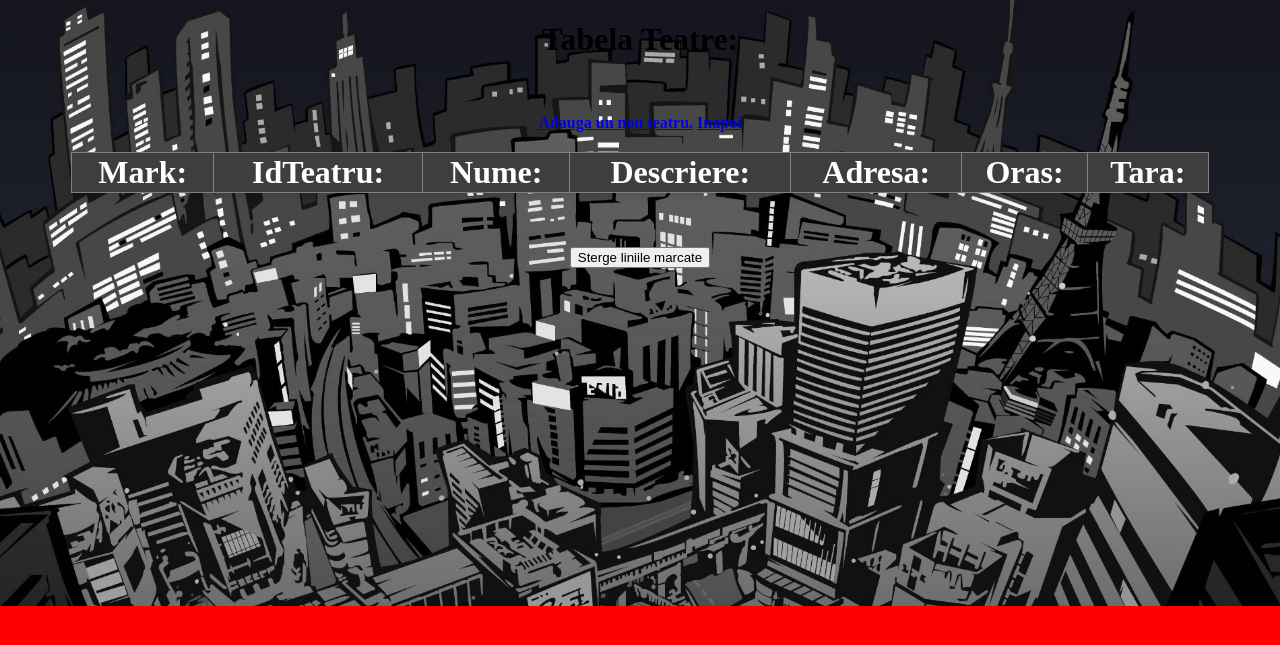
Repository: SusStefan/ActorDB
Page: http://localhost/Actori/tabela_teatre.jsp
These files come from the project's save history. The page is drawn as it stood at one moment and after the next save; the edit follows.
The browser window is 1280 px wide. The pictures show the whole page.
The page is served by Tomcat 9. Queries for data that is not in the repository find no rows.

Above is the page before, as saved 2025-12-15 22:59:50.

### Actori/src/main/webapp/tabela_teatre.jsp
<%@ page language="java" contentType="text/html; charset=UTF-8" pageEncoding="UTF-8"%>
<%@ page language="java" import="java.lang.*,java.math.*,db.*,java.sql.*, java.io.*, java.util.*"%>
<!DOCTYPE html PUBLIC "-//W3C//DTD HTML 4.01 Transitional//EN" "http://www.w3.org/TR/html4/loose.dtd">
<html>
 <head>
 <meta http-equiv="Content-Type" content="text/html; charset=UTF-8">
 <title>Tabela Teatre</title>
  <link rel="stylesheet" href="persona.css">
 </head>
 <jsp:useBean id="jb" scope="session" class="db.JavaBean" />
 <jsp:setProperty name="jb" property="*" />
 <body>
 <h1 align="center"> Tabela Teatre:</h1>
 <br/>
 <p align="center"><a href="adauga_teatru.jsp"><b>Adauga un nou teatru.</b></a> <a
href="index.html"><b>Inapoi</b></a></p>
 <form action="sterge_Pacient.jsp" method="post">
 <table border="1" align="center">
 <tr>
 <td><b>Mark:</b></td>
 <td><b>IdTeatru:</b></td>
 <td><b>Nume:</b></td>
 <td><b>Descriere:</b></td>
 <td><b>Adresa:</b></td>
 <td><b>Oras:</b></td>
 <td><b>Tara:</b></td>
 </tr>
 <%
 jb.connect();
 ResultSet rs = jb.vedeTeatre();
 long x;
 while (rs.next()) {
 x = rs.getInt("idteatru");
 %>
 <tr>
 <td><input type="checkbox" name="primarykey" value="<%= x%>" /></td><td><%= x%></td>
 <td><%= rs.getString("nume")%></td>
 <td><%= rs.getString("descriere")%></td>
 <td><%= rs.getString("adresa")%></td>
  <td><%= rs.getString("oras")%></td>
  <td><%= rs.getString("tara")%></td>
 <%
 }
 %>
 </tr>
 </table><br/>
 <p align="center">
 <input type="submit" value="Sterge liniile marcate">
 </p>
 </form>
 <%
 rs.close();
 jb.disconnect();
 %>
 <style>
body{
 background-image: url('assets/bg.jpg');
 background-size:cover;
 background-position: bottom bottom;
 background-repeat:no-repeat;
 }
 </style>
 </body>
</html>

### Actori/src/main/java/db/JavaBean.java
/*
 * Curs3_Eclipse - Valentin Pupezescu
 */
package db;
import java.math.BigDecimal;
import java.sql.*;
/**
 *
 * @author vali
 */
public class JavaBean {
	String error;
	Connection con;
	public JavaBean() {
	}
	public void connect() throws ClassNotFoundException, SQLException, Exception {
		try {
			Class.forName("com.mysql.cj.jdbc.Driver");
			con = DriverManager.getConnection("jdbc:mysql://localhost:3306/actori?useSSL=false", "root", "2005");
		} catch (ClassNotFoundException cnfe) {
			error = "ClassNotFoundException: Nu s-a gasit driverul bazei de date.";
			throw new ClassNotFoundException(error);
		} catch (SQLException cnfe) {
			error = "SQLException: Nu se poate conecta la baza de date.";
			throw new SQLException(error);
		} catch (Exception e) {
			error = "Exception: A aparut o exceptie neprevazuta in timp ce se stabilea legatura la baza de date.";
			throw new Exception(error);
		}
	} // connect()
	public void disconnect() throws SQLException {
		try {
			if (con != null) {
				con.close();
			}
		} catch (SQLException sqle) {
			error = ("SQLException: Nu se poate inchide conexiunea la baza de date.");
			throw new SQLException(error);
		}
	} // disconnect()
	public void adaugaOras(String Nume, String Tara)
			throws SQLException, Exception {
		if (con != null) {
			try {
				// creaza un "prepared SQL statement"
				Statement stmt;
				stmt = con.createStatement();
				stmt.executeUpdate("insert into orase(nume,tara) values('" +Nume
		+ "' , '" + Tara + "');");
			} catch (SQLException sqle) {
				error = "ExceptieSQL: Reactualizare nereusita; este posibil sa existe duplicate.";
				throw new SQLException(error);
			}
		} else {
			error = "Exceptie: Conexiunea cu baza de date a fost pierduta.";
			throw new Exception(error);
		}
	} // end of adaugaPacient()

	public void adaugateatru(String Nume, String Descriere, String Adresa, long Oras)
			throws SQLException, Exception {
		if (con != null) {
			try {
				// creaza un "prepared SQL statement"
				Statement stmt;
				stmt = con.createStatement();
				stmt.executeUpdate("insert into teatre(nume,descriere,adresa,idoras) values('" + Nume +
						"' , '" + Descriere + "', '" + Adresa + "', '" + Oras + "');");
			} catch (SQLException sqle) {
				error = "ExceptieSQL: Reactualizare nereusita; este posibil sa existe duplicate.";
				throw new SQLException(error);
			}
		} else {
			error = "Exceptie: Conexiunea cu baza de date a fost pierduta.";
			throw new Exception(error);
		}
	}

			public void adaugaactori(String Nume, String Prenume, String Rol, String Piesa, double Salariu, long Teatre)
					throws SQLException, Exception {
				if (con != null) {
					try {
						Statement stmt;
						stmt = con.createStatement();
						stmt.executeUpdate("insert into actori(nume,prenume,rol,piesa,salariu,idteatru) values('" + Nume +
								"' , '" + Prenume + "', '" + Rol + "', '" + Piesa + "', '" + Salariu + "', '" + Teatre
								+ "');");
					} catch (SQLException sqle) {
						error = "ExceptieSQL: Reactualizare nereusita; este posibil sa existe duplicate.";
						throw new SQLException(error);
					}
				} else {
					error = "Exceptie: Conexiunea cu baza de date a fost pierduta.";
					throw new Exception(error);
				}
			}

	public ResultSet vedeOrase() throws SQLException, Exception {
	    ResultSet rs = null;
	    try {
	        // Simple query to select the ID and Name of all cities
	        String queryString = "SELECT idoras, nume FROM orase ORDER BY nume";
	        Statement stmt = con.createStatement();
	        rs = stmt.executeQuery(queryString);
	    } catch (SQLException sqle) {
	        error = "SQLException: Interogarea oraselor nu a fost posibila.";
	        throw new SQLException(error);
	    } catch (Exception e) {
	        error = "A aparut o exceptie in timp ce se extrageau orasele.";
	        throw new Exception(error);
	    }
	    return rs;
	}

	public ResultSet vedeTabela(String tabel) throws SQLException, Exception {
		ResultSet rs = null;
		try {
			String queryString = ("select * from `actori`.`" + tabel + "`;");
			Statement stmt = con.createStatement(/*ResultSet.TYPE_SCROLL_INSENSITIVE,
ResultSet.CONCUR_READ_ONLY*/);
			rs = stmt.executeQuery(queryString);
		} catch (SQLException sqle) {
			error = "SQLException: Interogarea nu a fost posibila.";
			throw new SQLException(error);
		} catch (Exception e) {
			error = "A aparut o exceptie in timp ce se extrageau datele.";
			throw new Exception(error);
		}
		return rs;
	} // vedeTabela()
	public ResultSet vedeTeatre() throws SQLException, Exception {
		ResultSet rs = null;
		try {
			String queryString = ("select t.idteatru as idteatru"
					+ ",t.nume as nume,"
					+ "t.descriere as descriere,"
					+ "t.adresa as adresa,o.nume as oras,o.tara as tara from teatre t inner join orase o using(idoras)");
		    Statement stmt = con.createStatement(/*ResultSet.TYPE_SCROLL_INSENSITIVE,
ResultSet.CONCUR_READ_ONLY*/);
			rs = stmt.executeQuery(queryString);
		} catch (SQLException sqle) {
			error = "SQLException: Interogarea nu a fost posibila.";
			throw new SQLException(error);
		} catch (Exception e) {
			error = "A aparut o exceptie in timp ce se extrageau datele.";
			throw new Exception(error);
		}
		return rs;
	} // vedeConsultatie()

	public ResultSet vedeActori() throws SQLException, Exception {
		ResultSet rs = null;
		try {
			String queryString = ("SELECT a.idactor AS idactor, " +
			           "a.nume AS nume, " +
			           "a.prenume AS prenume, " +
			           "a.rol AS rol, " +
			           "a.piesa AS piesa, " +
			           "a.salariu AS salariu, " +
			           "t.nume AS teatru, " +
			           "t.adresa AS adresa, " +
			           "o.nume AS oras, " +
			           "o.tara AS tara " +
			    "FROM actori a, teatre t, orase o " +
			    "WHERE a.idteatru = t.idteatru AND t.idoras = o.idoras" // Correct join conditions
			);
		    Statement stmt = con.createStatement(/*ResultSet.TYPE_SCROLL_INSENSITIVE,
ResultSet.CONCUR_READ_ONLY*/);
			rs = stmt.executeQuery(queryString);
		} catch (SQLException sqle) {
			error = "SQLException: Interogarea nu a fost posibila.";
			throw new SQLException(error);
		} catch (Exception e) {
			error = "A aparut o exceptie in timp ce se extrageau datele.";
			throw new Exception(error);
		}
		return rs;
	}

	public void stergeDateTabela(String[] primaryKeys, String tabela, String dupaID) throws
	SQLException, Exception {
		if (con != null) {
			try {
				// creaza un "prepared SQL statement"
				long aux;
				PreparedStatement delete;
				delete = con.prepareStatement("DELETE FROM " + tabela + " WHERE " + dupaID + "=?;");
				for (int i = 0; i < primaryKeys.length; i++) {
					aux = java.lang.Long.parseLong(primaryKeys[i]);
					delete.setLong(1, aux);
					delete.execute();
				}
			} catch (SQLException sqle) {
				error = "ExceptieSQL: Reactualizare nereusita; este posibil sa existe duplicate.";
				throw new SQLException(error);
			} catch (Exception e) {
				error = "A aparut o exceptie in timp ce erau sterse inregistrarile.";
				throw new Exception(error);
			}
		} else {
			error = "Exceptie: Conexiunea cu baza de date a fost pierduta.";
			throw new Exception(error);
		}
	} // end of stergeDateTabela()
	public void stergeTabela(String tabela) throws SQLException, Exception {
		if (con != null) {
			try {
				// creaza un "prepared SQL statement"
				Statement stmt;
				stmt = con.createStatement();
				stmt.executeUpdate("delete from " + tabela + ";");
			} catch (SQLException sqle) {
				error = "ExceptieSQL: Stergere nereusita; este posibil sa existe duplicate.";
				throw new SQLException(error);
			}
		} else {
			error = "Exceptie: Conexiunea cu baza de date a fost pierduta.";
			throw new Exception(error);
		}
	} // end of stergeTabela()
	public void modificaTabela(String tabela, String IDTabela, int ID, String[] campuri, String[]
			valori) throws SQLException, Exception {
		String update = "update " + tabela + " set ";
		String temp = "";
		if (con != null) {
			try {
				for (int i = 0; i < campuri.length; i++) {
					if (i != (campuri.length - 1)) {
						temp = temp + campuri[i] + "='" + valori[i] + "', ";
					} else {
						temp = temp + campuri[i] + "='" + valori[i] + "' where " + IDTabela + "= '" + ID + "';";
					}
				}
				update = update + temp;
				// creaza un "prepared SQL statement"
				Statement stmt;
				stmt = con.createStatement();
				stmt.executeUpdate(update);
			} catch (SQLException sqle) {
				error = "ExceptieSQL: Reactualizare nereusita; este posibil sa existe duplicate.";
				throw new SQLException(error);
			}
		} else {
			error = "Exceptie: Conexiunea cu baza de date a fost pierduta.";
			throw new Exception(error);
		}
	}
	public void modificaActor(int idActor, String Nume, String Prenume, String Rol, String Piesa, BigDecimal Salariu, long idTeatru)
		    throws SQLException, Exception {

		    if (con == null || con.isClosed()) {
		        throw new Exception("Exceptie: Conexiunea cu baza de date a fost pierduta.");
		    }
		    String sql = "UPDATE actori SET nume=?, prenume=?, rol=?, piesa=?, salariu=?, idteatru=? WHERE idactor=?";

		    try (PreparedStatement ps = con.prepareStatement(sql)) {
		        ps.setString(1, Nume);
		        ps.setString(2, Prenume);
		        ps.setString(3, Rol);
		        ps.setString(4, Piesa);
		        ps.setBigDecimal(5, Salariu); // Sets DECIMAL type securely
		        ps.setLong(6, idTeatru);      // Sets LONG/INT type securely
		        ps.setInt(7, idActor);         // WHERE clause ID

		        ps.executeUpdate();
		    } catch (SQLException sqle) {
		        throw new SQLException("ExceptieSQL: Reactualizare nereusita. Va rugam verificati log-urile.", sqle);
		    }
		}
	public ResultSet intoarceLinie(String tabela, int ID) throws SQLException, Exception {
		ResultSet rs = null;
		try {
			// Executa interogarea
			String queryString = ("SELECT * FROM " + tabela + " where idpacient=" + ID + ";");
			Statement stmt = con.createStatement(ResultSet.TYPE_SCROLL_INSENSITIVE,
					ResultSet.CONCUR_READ_ONLY);
			rs = stmt.executeQuery(queryString); //sql exception
		} catch (SQLException sqle) {
			error = "SQLException: Interogarea nu a fost posibila.";
			throw new SQLException(error);
		} catch (Exception e) {
			error = "A aparut o exceptie in timp ce se extrageau datele.";
			throw new Exception(error);
		}
		return rs;
	} // end of intoarceLinie()
	public ResultSet intoarceLinieDupaId(String tabela, String denumireId, int ID) throws
	SQLException, Exception {
		ResultSet rs = null;
		try {
			// Executa interogarea
			String queryString = ("SELECT * FROM " + tabela + " where " + denumireId + "=" + ID
					+ ";");
			Statement stmt = con.createStatement(ResultSet.TYPE_SCROLL_INSENSITIVE,
					ResultSet.CONCUR_READ_ONLY);
			rs = stmt.executeQuery(queryString); //sql exception
		} catch (SQLException sqle) {
			error = "SQLException: Interogarea nu a fost posibila.";
			throw new SQLException(error);
		} catch (Exception e) {
			error = "A aparut o exceptie in timp ce se extrageau datele.";
			throw new Exception(error);
		}
		return rs;
	} // end of intoarceLinieDupaId()
	public ResultSet intoarceConsultatieId(int ID) throws SQLException, Exception {
		ResultSet rs = null;
		try {
			// Executa interogarea
			String queryString = ("SELECT a.Nume NumePacient, a.Prenume PrenumePacient, a.Adresa,b.Nume NumeMedic, b.Prenume PrenumeMedic, b.Sectie, c.idconsultatie, c.idmedic idmedic_consult,c.idpacient idpacient_consult, dataconsultatie, diagnostic, medicament FROM pacienti a, medici b,consultatie c WHERE a.idpacient = c.idpacient AND b.idmedic = c.idmedic and idconsultatie = '" +ID + "';");
			Statement stmt = con.createStatement(ResultSet.TYPE_SCROLL_INSENSITIVE,
					ResultSet.CONCUR_READ_ONLY);
			rs = stmt.executeQuery(queryString); //sql exception
		} catch (SQLException sqle) {
			error = "SQLException: Interogarea nu a fost posibila.";
			throw new SQLException(error);
		} catch (Exception e) {
			error = "A aparut o exceptie in timp ce se extrageau datele.";
			throw new Exception(error);
		}
		return rs;
	} // end of intoarceLinieDupaId()
}

### Actori/src/main/webapp/persona.css

 @font-face {
  font-family: 'Persona';            /* You give it a nickname here */
  src: url('./assets/earwig_factory/pers.ttf') format('truetype'); /* Point to the file */
  font-weight: normal;
  font-style: normal;
}

 @font-face {
  font-family: 'Persona2';            /* You give it a nickname here */
  src: url('./assets/earwig_factory/persona.otf') format('opentype'); /* Point to the file */
  font-weight: normal;
  font-style: normal;
}
 @font-face {
  font-family: 'clock';            /* You give it a nickname here */
  src: url('./assets/earwig_factory/p5hatty.ttf') format('truetype'); /* Point to the file */
  font-weight: normal;
  font-style: normal;
}
 body{
 background-color: red;
 }
 table{
width:90%;
margin: 20px auto;
border-collapse: collapse;
box-shadow: 0 4px 8px rgba(0, 0, 0, 0.1);
text-align:center;
color:white;
font-size:200%
}

 table tbody tr:nth-of-type(even) {
  background-color: #656261;
}
 table tbody tr:nth-of-type(odd) {
  background-color: #3f3e3e;
}
 .sway-text{
 color:black;
 font-size:300%;
 font-family:Persona;

 }
 #butholder
 {
 display:flex;
flex-direction: column;
 padding:10px;
 justify-content:center;

 gap:20px;
 }
  #butholder2
 {
 display:flex;
flex-direction: row;
 padding:10px;
 justify-content:center;
 align-items:center;
 gap:20px;
 }
 #titlu{
 text-align:left;
 font-family: Persona2;
 paint-order: stroke fill;
 color:black;
-webkit-text-stroke: 10px white;
 font-size:400%;
 }
  .time{

 font-family: clock;
 paint-order: stroke fill;
 color:white;
-webkit-text-stroke: 30px black;

 }
 #hms{ position:absolute;
  font-size:1000%;
  top:-13%;
  right:6%;
 }
#day{ position:absolute;
right:3%;
 font-size:400%;
transform: rotate(-10deg);
 }
 #month{ position:absolute;
right:13%;
top:-2%;
 font-size:500%;
 transform: rotate(10deg);
 }
 .cssbutton
 {

 background-color:red;
 padding:5px;
 text-align: center;
 }
  #butactor
 {
 width:20%;
 height:70%;

 }
 #butactor1
 {
 width:50%;
 height:50%;
 background-color:red;
 padding:5px;
 text-align: center;
 }

 .sway-text {
  display: inline-block; /* Required for transform to work on text spans */
  transition: color 0.3s; /* Optional: smooth color change */
  cursor: default;
   paint-order: stroke fill;
 color:black;
-webkit-text-stroke: 10px white;
 font-size:400%;
}

 @keyframes sway {
  0% { transform: rotate(0deg); }
  25% { transform: rotate(5deg); }
  50% { transform: rotate(0deg); }
  75% { transform: rotate(-5deg); }
  100% { transform: rotate(0deg); }
}

}
 .cssbutton:hover
 {
  cursor:pointer;
  background-color:white;
  border: 3px solid black;
  animation: sway 2s ease-in-out infinite;
  }

After the next save:
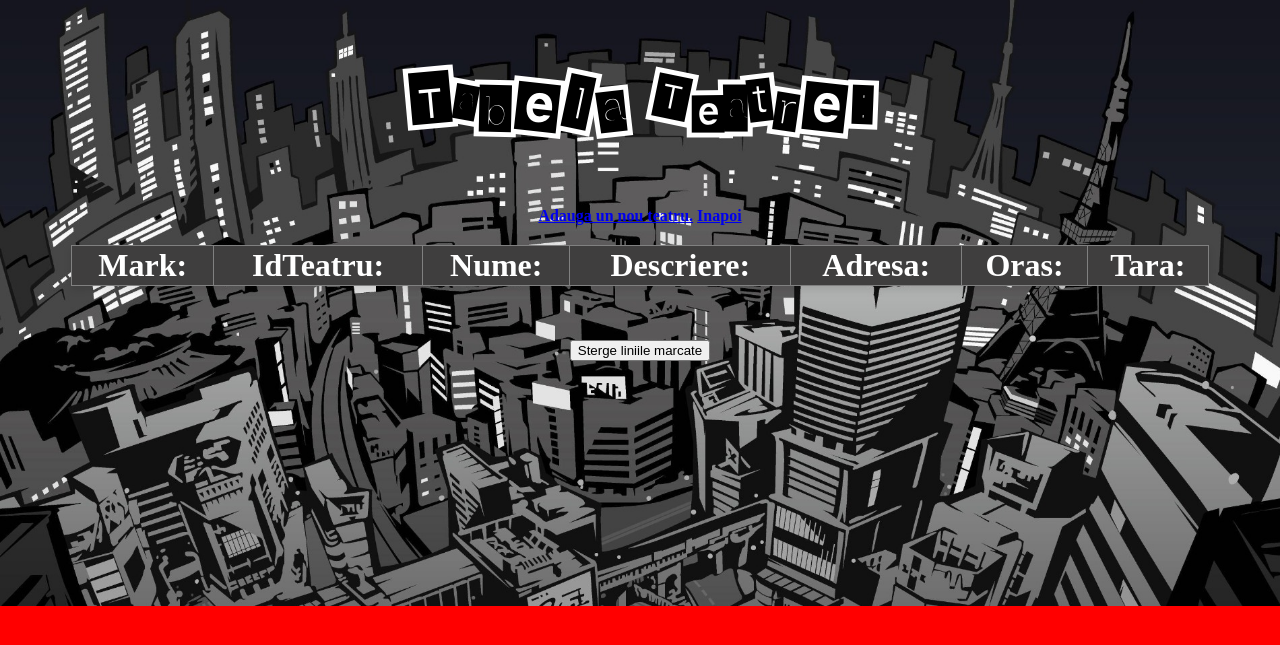
Saved 9 s later.
--- a/Actori/src/main/webapp/tabela_teatre.jsp
+++ b/Actori/src/main/webapp/tabela_teatre.jsp
@@ -10,8 +10,9 @@
  <jsp:useBean id="jb" scope="session" class="db.JavaBean" />
  <jsp:setProperty name="jb" property="*" />
  <body>
- <h1 align="center"> Tabela Teatre:</h1>
- <br/>
+   <div id="butholder2">
+ <h1 align="center" id="titlu"> Tabela Teatre:</h1>
+</div>
  <p align="center"><a href="adauga_teatru.jsp"><b>Adauga un nou teatru.</b></a> <a
 href="index.html"><b>Inapoi</b></a></p>
  <form action="sterge_Pacient.jsp" method="post">
